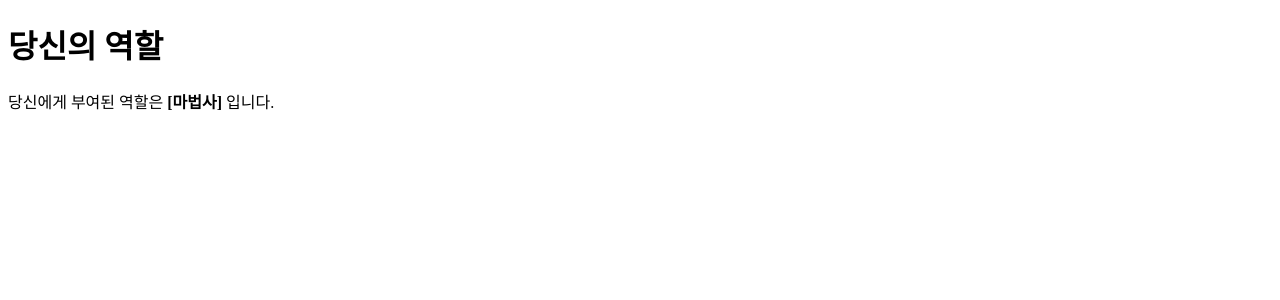
Repository: HeeMang28/jsp
Page: http://localhost/JSPBasic/jsptag/tag_quiz04.jsp
These files come from the project's save history. The page is drawn as it stood at one moment and after the next save; the edit follows.
The browser window is 1280 px wide. The pictures show the whole page.
The page is served by Tomcat 9.

Above is the page before, as saved 2022-03-24 09:46:36.

After the next save:
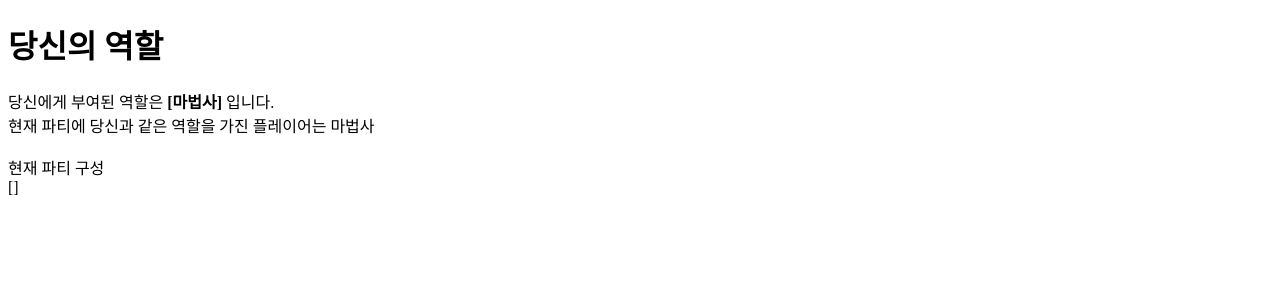
Saved 2 min 30 s later.
--- a/JSPBasic/src/main/webapp/jsptag/tag_quiz04.jsp
+++ b/JSPBasic/src/main/webapp/jsptag/tag_quiz04.jsp
@@ -17,6 +17,10 @@
 	String job = jobs[r];
 %>
 	<h1>당신의 역할</h1>
-	당신에게 부여된 역할은 <b>[<%= job %>] </b>입니다.
+	당신에게 부여된 역할은 <b>[<%= job %>] </b> 입니다.<br/>
+	현재 파티에 당신과 같은 역할을 가진 플레이어는 <%= job %><br/>
+	<br/>
+	현재 파티 구성 <br/>
+	<%= party %>
 </body>
 </html>
